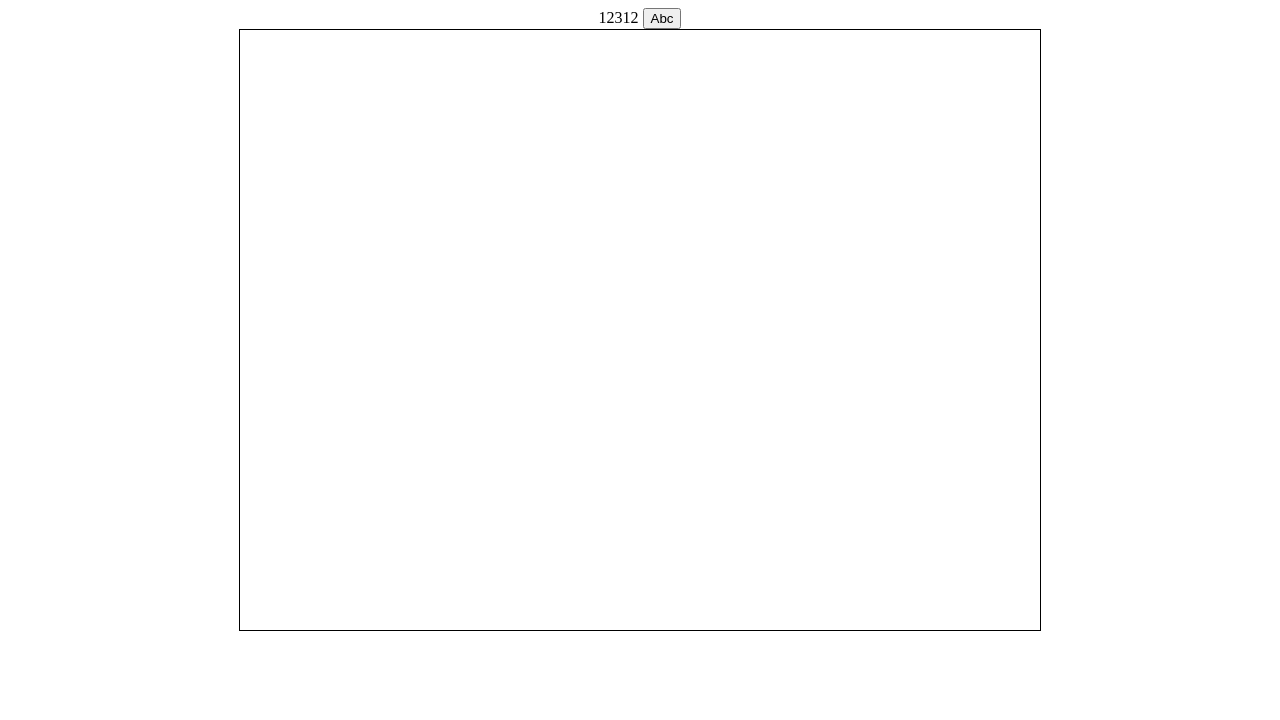
Repository: ycdtc/movie
Page: aaa/WebContent/index.html
The author's editor kept a copy of each file at every save. The page is drawn from the files as they stood at one save, then again after the next save.
The browser window is 1280 px wide. The pictures show the whole page.

Above is the page before, as saved 2017-07-03 02:06:56.

After the next save:
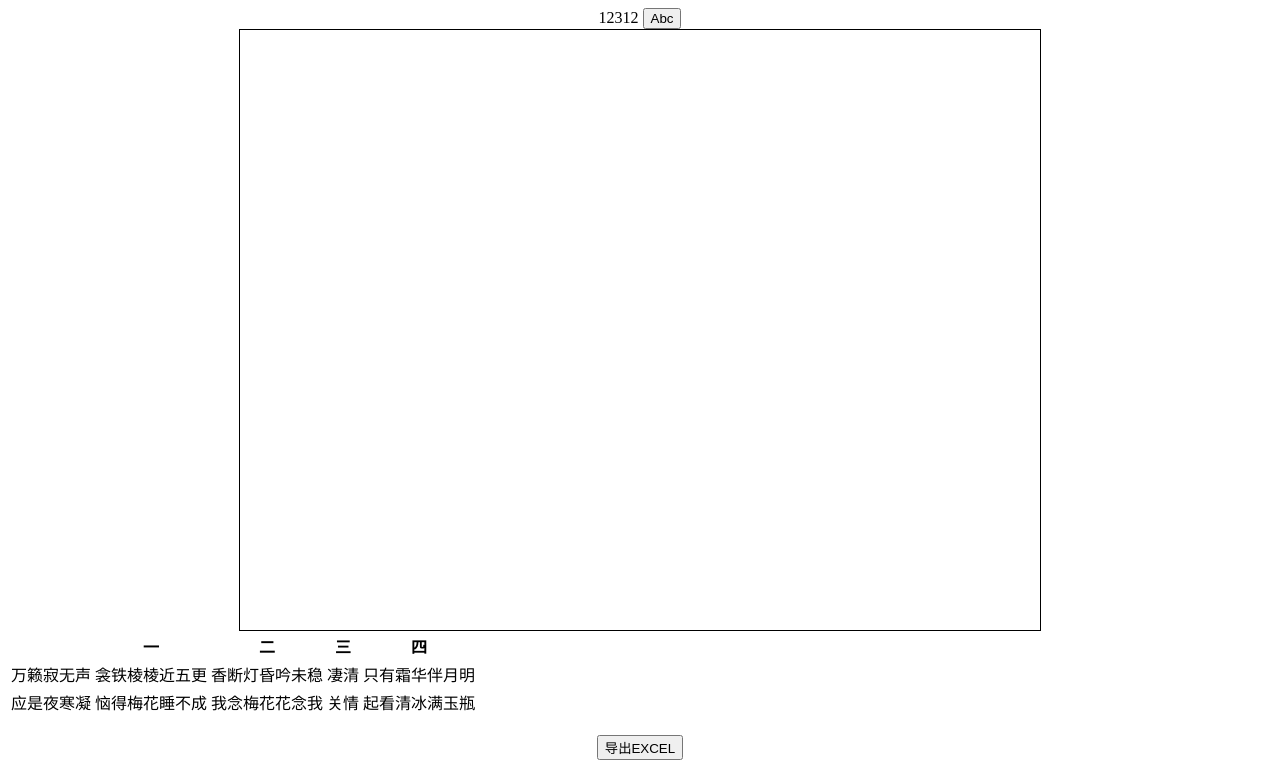
Saved 73 min 17 s later.
--- a/aaa/WebContent/index.html
+++ b/aaa/WebContent/index.html
@@ -10,6 +10,31 @@
 12312
 <button id="abc">Abc</button>
 <div id = "chart"> </div>
+    <table id="ta">
+        <tr>
+            <th></th>
+            <th>一</th>
+            <th>二</th>
+            <th>三</th>
+            <th>四</th>
+        </tr>
+        <tr>
+            <td>万籁寂无声</td>
+            <td>衾铁棱棱近五更</td>
+            <td>香断灯昏吟未稳</td>
+            <td>凄清</td>
+            <td>只有霜华伴月明</td>
+        </tr>
+        <tr>
+            <td>应是夜寒凝</td>
+            <td>恼得梅花睡不成</td>
+            <td>我念梅花花念我</td>
+            <td>关情</td>
+            <td>起看清冰满玉瓶</td>
+        </tr>
+    </table>
+    <br/>
+    <input type="button" value="导出EXCEL" onclick="method1('ta')" />
 </body>
 <script>
 	$("#abc").click(function(e){
@@ -19,7 +44,8 @@
 		//drawPie("can1",[10,20,30,25],["market","human resource","finance","sales"]);
 		drawLine("can1",[[1000,1200,500,800,600,700],[1200,500,800,600,700,900]],["market","human resources"],[1,2,3,4,5,6]);
 		//drawRect("can1",[10,20,30,40],["market","human resource","finance","sales"]);
-		dbAdd("D:/a.txt","abcdefg");
+		//dbAdd("D:/a.txt","abcdefg");
+		tableToExcel('ta');
 	});
 
 
